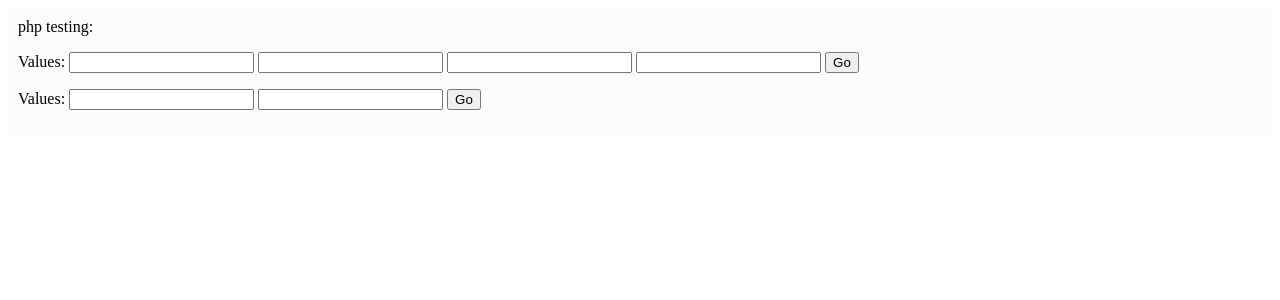
Repository: githubnorm/privat
Page: http://localhost/
The author's editor kept a copy of each file at every save. The page is drawn from the files as they stood at one save, then again after the next save.
The browser window is 1280 px wide. The pictures show the whole page.
Some web libraries are served in a nearby version. The page is run by PHP 8.4 with error messages shown; the project is at /var/www/html/. Queries for data that is not in the repository find no rows.

Above is the page before, as saved 2014-08-24 14:37:40.

After the next save:
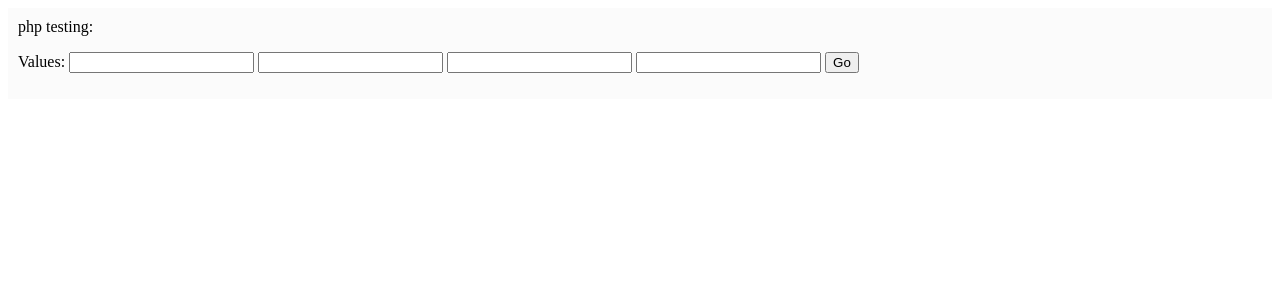
Saved 86 s later.
--- a/php/index.php
+++ b/php/index.php
@@ -18,20 +18,20 @@
 				<input type="text" name="ratings" />
 				<input type="submit" name="form_submit" value="Go" />
 			</form>
-		</p>
 		<p>
 			<span data-target="hot">
 				<!-- db data -->
 			</span>
-		</p>
-		<p id="form_add" style="display:none;">
-			<form method="post" action="source/db_insert.php?i=job" onSubmit="return ajaxSubmit(this);">
-				Values: <input type="text" name="position" />
-				<input type="text" name="link" />
-				<input type="hidden" name="company" value="-" />
-				<input type="submit" name="form_submit" value="Go" />
-			</form>
-		</p>
+		<p>
+			<span id="form_add" style="display:none;"
+				<form method="post" action="source/db_insert.php?i=job" onSubmit="return ajaxSubmit(this);">
+					Values: <input type="text" name="position" />
+					<input type="text" name="link" />
+					<input type="hidden" name="company" value="-" />
+					<input type="submit" name="form_submit" value="Go" />
+				</form>
+			</span>
+		<p>
 	</div>
 </body>
 </html>

After the save that followed:
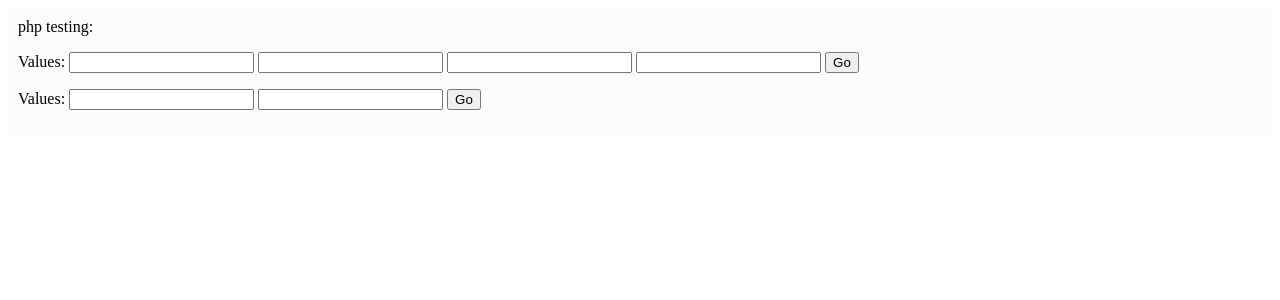
Saved 16 s later.
--- a/php/index.php
+++ b/php/index.php
@@ -23,7 +23,7 @@
 				<!-- db data -->
 			</span>
 		<p>
-			<span id="form_add" style="display:none;"
+			<span id="form_add" style="display:none;">
 				<form method="post" action="source/db_insert.php?i=job" onSubmit="return ajaxSubmit(this);">
 					Values: <input type="text" name="position" />
 					<input type="text" name="link" />
